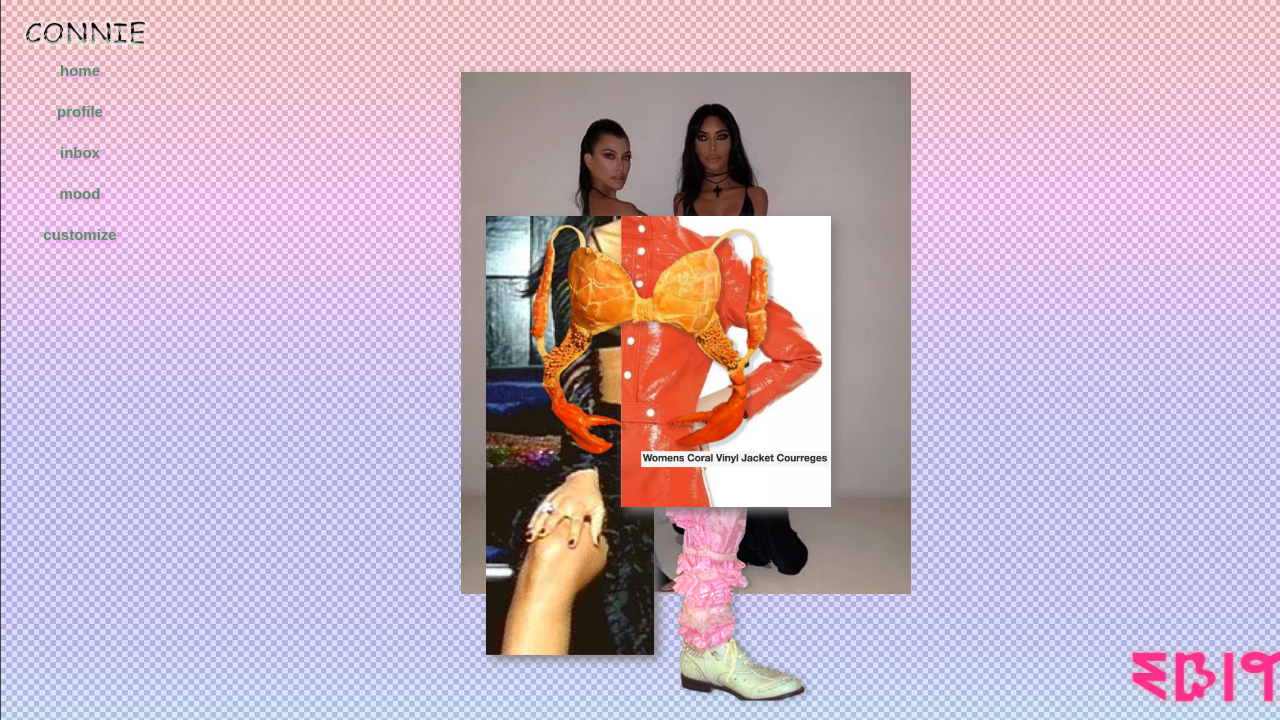
Repository: xuc009/xuc009.github.io
Page: track12/index.html
These files come from the project's save history. The page is drawn as it stood at one moment and after the next save; the edit follows.
The browser window is 1280 px wide. The pictures show the whole page.
Some web fonts or font styles are not loaded; a fallback is used. Some web libraries are served in a nearby version.

Above is the page before, as saved 2018-12-08 16:49:15.

### track12/index.html
<!DOCTYPE html>
<html lang="en">
  <head>
    <title>Track 12</title>
    <link rel="shortcut icon" href="" />
    <meta charset="utf-8">
    <meta name="description" content="" />
    <meta property="og:image" content=""/>
    <meta name="viewport" content="width=device-width, initial-scale=1" />
    <script src="https://ajax.googleapis.com/ajax/libs/jquery/3.3.1/jquery.min.js"></script>
    <script src="https://www.w3schools.com/lib/w3.js"></script>
    <link href="assets/css/styles.css" media="all" rel="stylesheet" />
    <meta charset="utf-8" />
    <title>jQuery UI Draggable - Default functionality</title>
    <link rel="stylesheet" href="http://code.jquery.com/ui/1.9.2/themes/base/jquery-ui.css" />
    <script src="http://code.jquery.com/jquery-1.8.3.js"></script>
    <script src="http://code.jquery.com/ui/1.9.2/jquery-ui.js"></script>
    <link href="https://fonts.googleapis.com/css?family=Michroma" rel="stylesheet">
    <style>
    .draggable { width: 0px; height: 0px; padding: 0; }
    </style>
    <script>
    $(function() {
        $( ".draggable" ).draggable();
    });
    </script>

  </head>

  <body>

      <div class="dropdown">
          <button class="dropbtn"><img src="assets/img/conniemenu.gif" width="140px"></button>
          <div class="dropdown-content">
            <a href="#">home</a>
            <a href="#">profile</a>
            <a href="#">inbox</a>
            <a href="#">mood</a>
            <a href="#">customize</a>
          </div>
        </div>

      <div class="edit">
        <a href="https://xuc009.github.io/track11/index.html">
        <img src="assets/img/edit.png" width="300px">
        </a>
      </div>

    <div id="draggable1" class="ui-widget-content draggable tooltip">
        <span class="tooltiptext">id.png</span>
       <img src="assets/img/k.jpg" width="450px">
      </div>

      <div id="draggable2" class="ui-widget-content draggable tooltip">
          <span class="tooltiptext">↗ Aaliyah by me 🔗📹🤗🦋✨ ⬈</span>
        <a href="https://xuc009.github.io/track2/index.html" target="_blank">
          <img src="assets/img/torsob1.png" width="168px">
        </a>
      </div>

      <div id="draggable3" class="ui-widget-content draggable tooltip">
          <span class="tooltiptext">https://goo.gl/MuuDqj</span>
          <a href="https://goo.gl/MuuDqj" target="_blank">
          <img src="assets/img/foot1.png" width="149px">
          </a>
        </div>

     <div id="draggable4" class="ui-widget-content draggable four tooltip">
        <span class="tooltiptext">https://ebay.us/9TBpsq</span>
        <a href="https://ebay.us/9TBpsq" target="_blank">
            <img src="assets/img/torsoa1.png" width="210px">
        </a>
          </div>

      <div id="draggable5" class="ui-widget-content draggable five tooltip">
          <span class="tooltiptext">https://www.instagram.com/p/BoPapCyAAdp/</span>
          <a href="https://www.instagram.com/p/BoPapCyAAdp/" target="_blank">
          <img src="assets/img/bra1.png" width="250px">
          </a>
        </div>









      </div>
    </div>

  </body>
</html>

### track12/assets/css/styles.css
* { box-sizing: border-box; }

body{
	background-color: #ffffff;
	background-image: url('../img/background.png');
	background-size: 1500px;
	margin: 0 auto 0 auto;
	display: inline-block;
    font-size: 0px;
}

.tooltip {
    position: relative;
    display: inline-block;
    border-bottom: 1px dotted black;
}

.tooltip .tooltiptext {
    visibility: hidden;
    /* width: 120px; */
    background-color: #FF308D;
    color: #00E6FF;
    text-align: center;
    padding: 5px 10px;
    font-size:15px;
    font-family: Arial, Helvetica, sans-serif;
    font-weight: 400;

    /* Position the tooltip */
    position: fixed;
    z-index: 1;
    bottom: 0px;
    left:0 ;
}

.tooltip:hover .tooltiptext {
    visibility: visible;
}

a { cursor: move; }

.draggable{
    box-shadow: 5px 5px 10px #000000;
}

#draggable1{
    width: 190px;
    height: 187px;
    background: #fff;
    border: none;
    box-shadow: 5px 5px 10px #807d7d;
    cursor: move;
    position: absolute;
    top: 10%;
    left: 36%;
}


#draggable2 {
    width: 168px;
    height: 438.38px;
    border: none;
    box-shadow: 5px 5px 10px #807d7d;
    position: absolute;
    top: 30%;
    left: 38%;
    cursor: move;
}


#draggable3 {
    width: 365px;
    border: none;
    position: absolute;
    top: 65%;
    left: 52%;
    cursor: move;
}



#draggable4{
    position: absolute;
    width: 210px;
    height: 291px;
    top: 30%;
    left: 48.5%;
    cursor: move;
    border: none;
    box-shadow: 5px 5px 10px #807d7d;

}

#draggable5{
    position: absolute;
    top: 31%;
    left: 41%;
    cursor: move;
    border: none;
}

.edit{
    position: fixed;
    bottom:0;
    left: 83%;
    cursor: pointer;
    transition: all 300ms;
}

.edit:hover{
    transform: translateX(3px) translateY(-3px);
    /* transform: scale(1.05); */
}

.dropbtn {
    background-color: Transparent;
    width: 140px;
    height: 26px;
    padding: 16px;
    font-size: 16px;
    border: none;
    outline: none;
}

.dropdown {
    position: relative;
    width: 140px;
    display: inline-block;
}

.dropdown-content {
    display: none;
    position: absolute;
    background-color: transparent;
    min-width: 160px;
    text-shadow: 2px 2px 5px #F48BFF;
    z-index: 1;
    font-size: 15px;
    text-align: center;
    font-family: Arial, Helvetica, sans-serif;
    font-weight: 600;
}

.dropdown-content a {
    color: #52935A;
    padding: 12px 16px;
    text-decoration: none;
    display: block;
}

.dropdown-content a:hover {text-shadow: 2px 2px 5px #54FAFF;}

.dropdown:hover .dropdown-content {display: block;}

.dropdown:hover .dropbtn {background-color: none;}

After the next save:
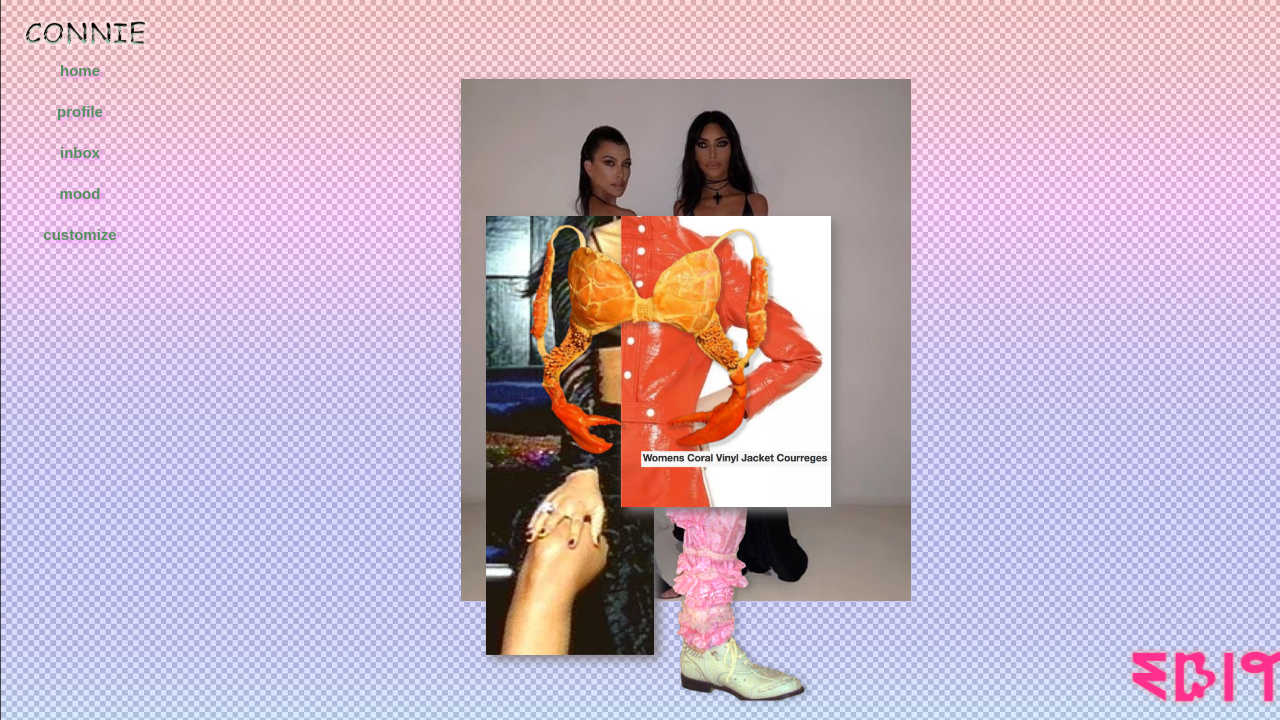
Saved 6 s later.
--- a/track12/assets/css/styles.css
+++ b/track12/assets/css/styles.css
@@ -51,7 +51,7 @@
     box-shadow: 5px 5px 10px #807d7d;
     cursor: move;
     position: absolute;
-    top: 10%;
+    top: 11%;
     left: 36%;
 }
 
